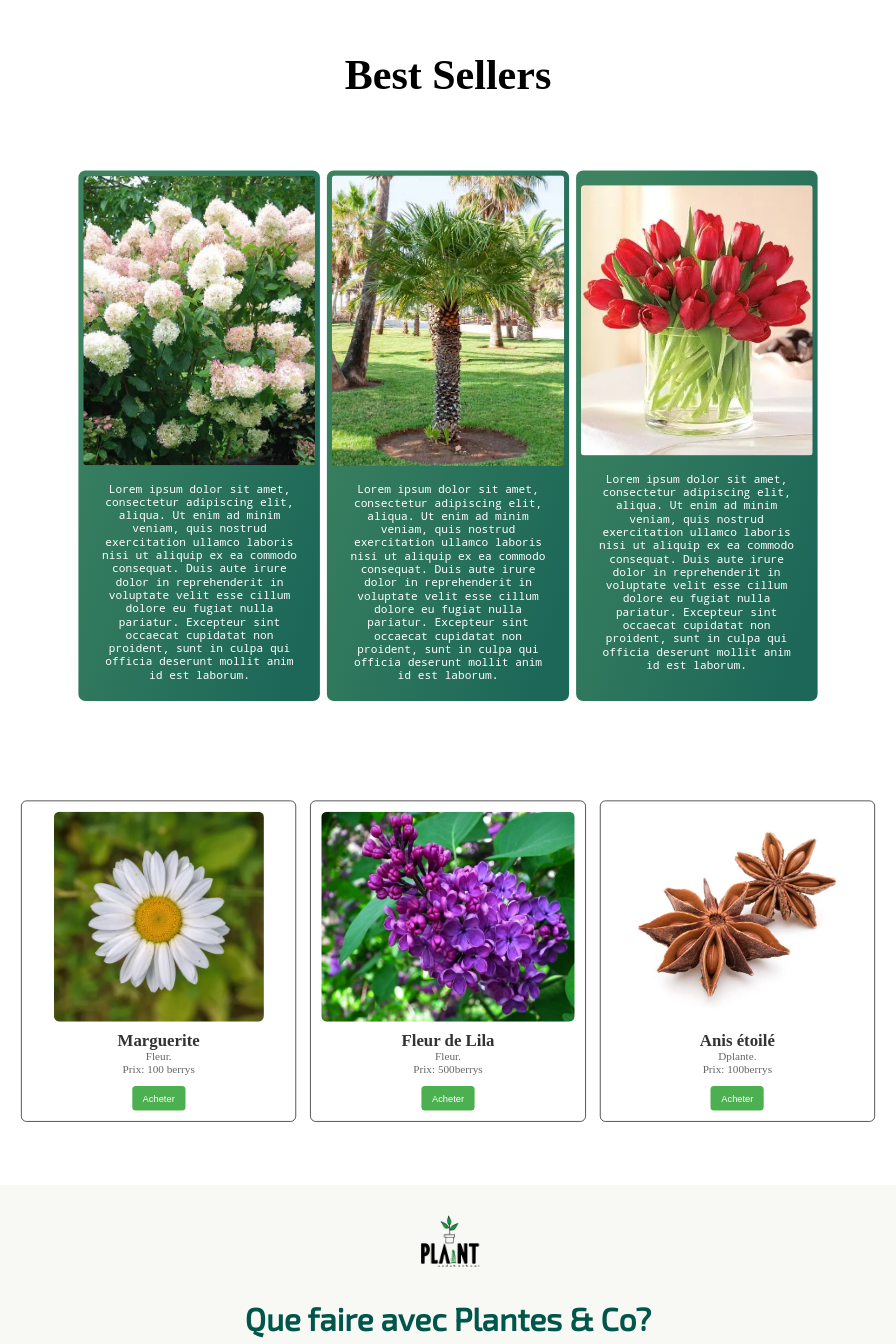
Repository: Flexo874/ISITECH-HTML-CSS
Page: index.html
The author's editor kept a copy of each file at every save. The page is drawn from the files as they stood at one save, then again after the next save.
The browser window is 1280 px wide. The pictures show the part of the page from y = 802 to 2722 px (the page is 3717 px tall before and 3893 px after), at 70% of full size.
Some web fonts or font styles are not loaded; a fallback is used.

Above is the page before, as saved 2024-01-04 15:24:44.

After the next save:
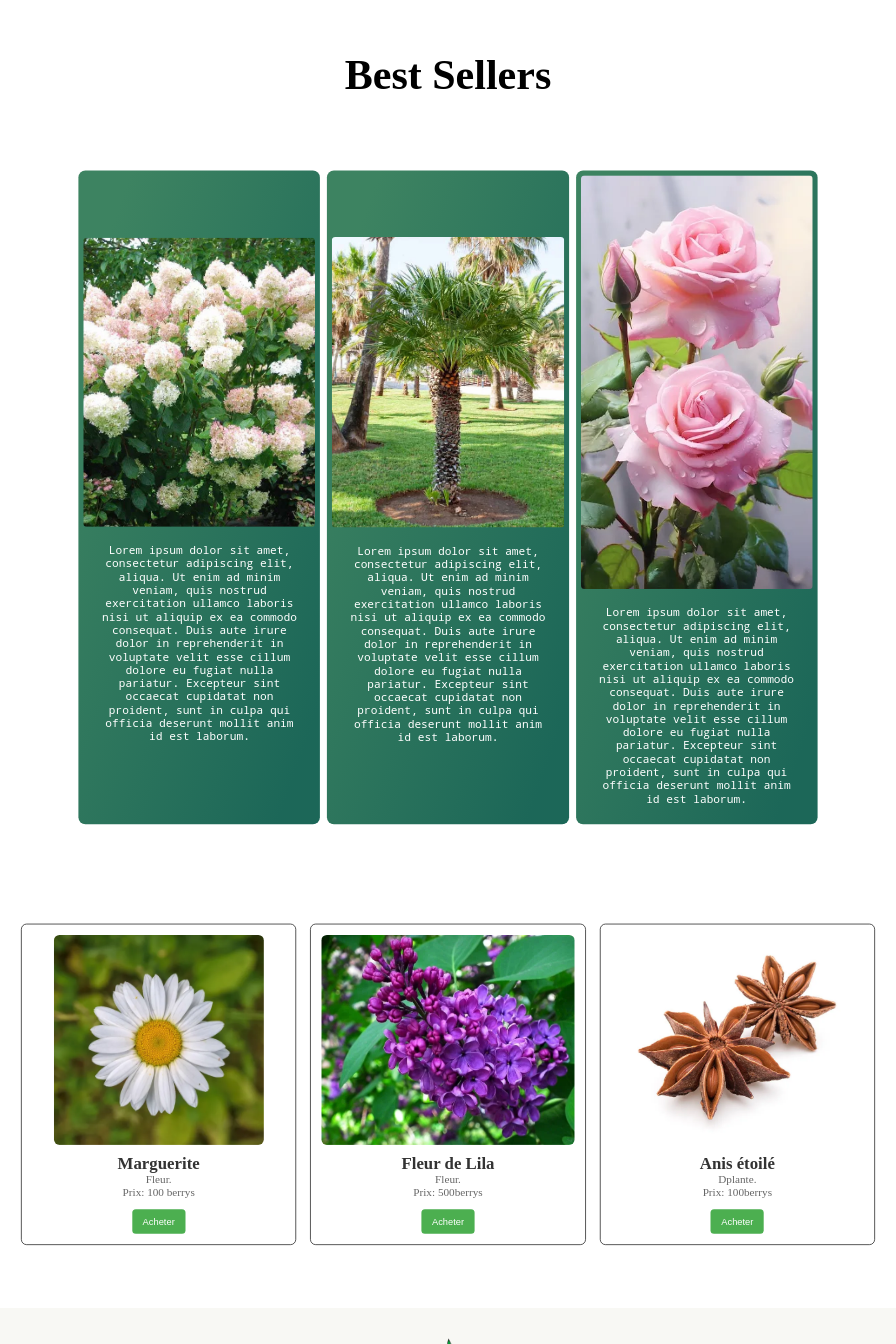
Saved 3 min 46 s later.
--- a/index.html
+++ b/index.html
@@ -50,7 +50,7 @@
             </div>
             <div class="item">
                 <a>
-                <img src="images/4a820ec6dcd9140f22765152ec5f0623.webp" alt="Logo">
+                <img src="images/vue-belles-fleurs-roses-fleurs_23-2150719013.webp" alt="Logo">
                 <p>Lorem ipsum dolor sit amet, consectetur adipiscing elit,  aliqua. Ut enim ad minim veniam, quis nostrud exercitation ullamco laboris nisi ut aliquip ex ea commodo consequat. Duis aute irure dolor in reprehenderit in voluptate velit esse cillum dolore eu fugiat nulla pariatur. Excepteur sint occaecat cupidatat non proident, sunt in culpa qui officia deserunt mollit anim id est laborum.</p>
                 </a>
             </div>
